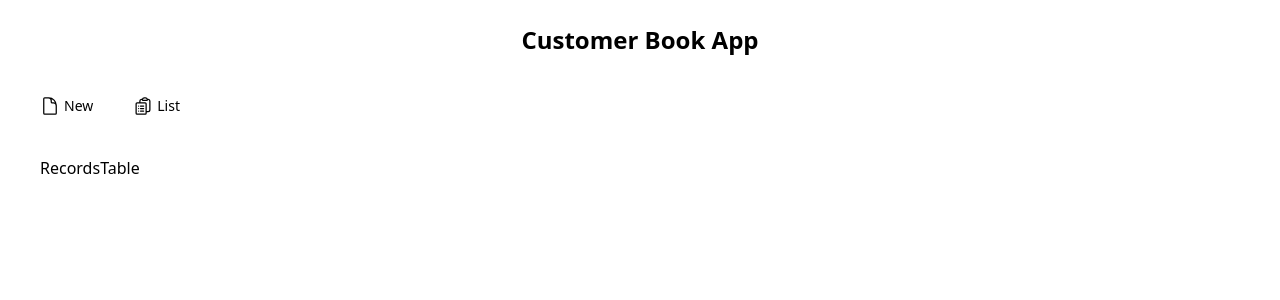
Repository: higirobruce/customerbookapp
Page: /
These files come from the project's save history. The page is drawn as it stood at one moment and after the next save; the edit follows.
The browser window is 1280 px wide. The pictures show the whole page.
The project was rebuilt for these pictures with package versions that can differ from the ones it lists, and the page was loaded fresh each time. The framework's server and built-in components were replaced by stand-ins that run in the browser. Also part of the build but not shown: next.config.js, components/layout/sidebar.js.

Above is the page before, as saved 2022-11-24 16:42:13.

After the next save:
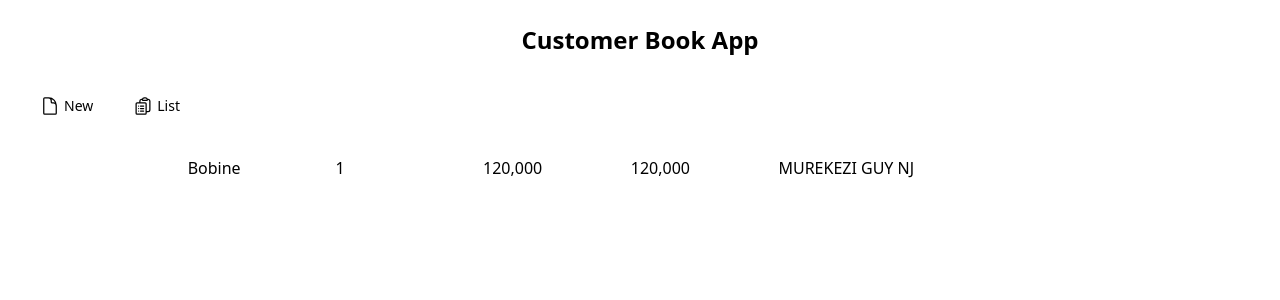
Saved 3 min 32 s later.
--- a/components/common/records.js
+++ b/components/common/records.js
@@ -3,6 +3,17 @@ import React from 'react'
 export default function RecordsTable({data}) {
 
   return (
-    <div>RecordsTable</div>
+    <div>
+        {data.map($=>{
+            return <div className='grid grid-cols-6 gap-3'>
+                <div>{$.date}</div>
+                <div>{$.designation}</div>
+                <div>{$.qty}</div>
+                <div>{$.amount}</div>
+                <div>{$.payment}</div>
+                <div>{$.client}</div>
+            </div>
+        })}
+    </div>
   )
 }
